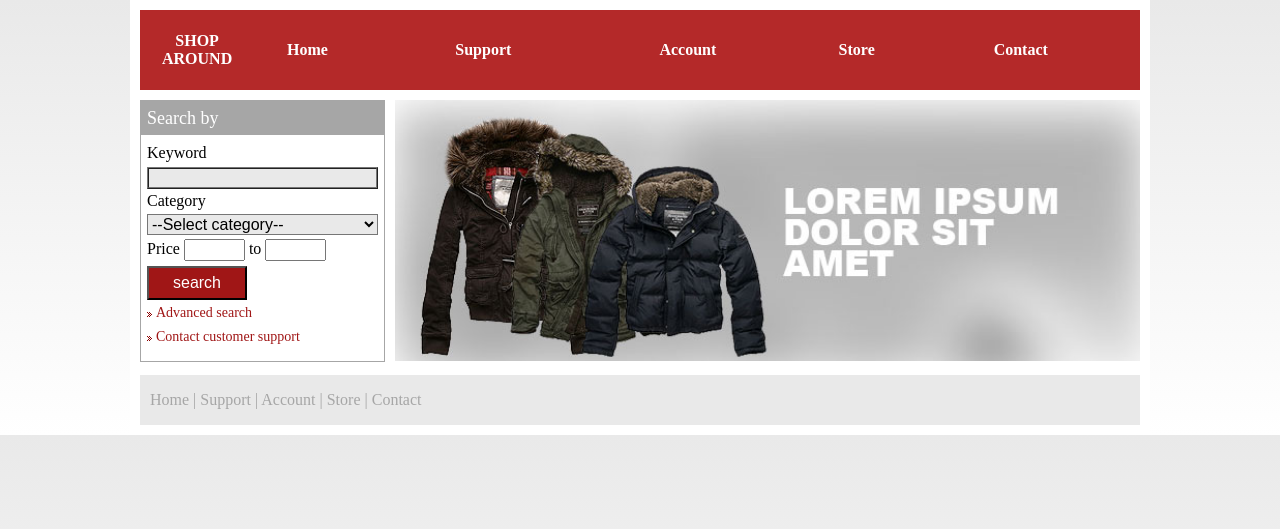
Repository: Helianthusss/Learn-CPP
Page: HTML/Thuc-hanh-1/Bai-1/index.html
The author's editor kept a copy of each file at every save. The page is drawn from the files as they stood at one save, then again after the next save.
The browser window is 1280 px wide. The pictures show the whole page.

Above is the page before, as saved 2021-11-10 07:49:12.

After the next save:
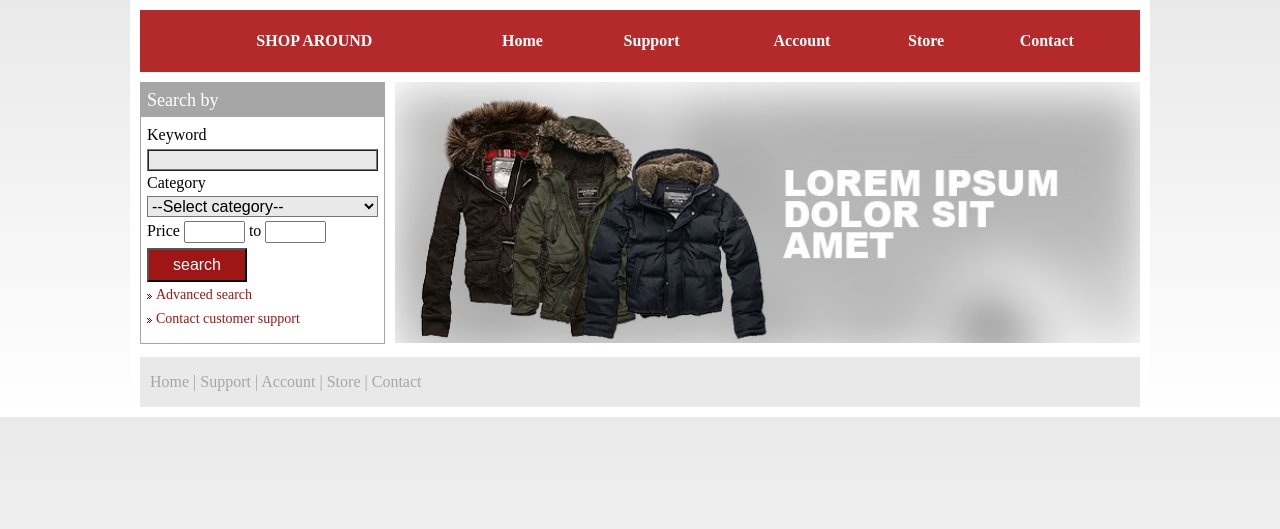
Saved 59 s later.
--- a/HTML/Thuc-hanh-1/Bai-1/css/style.css
+++ b/HTML/Thuc-hanh-1/Bai-1/css/style.css
@@ -18,8 +18,7 @@ table {
   font-family: "Times New Roman", Times, serif;
 }
 .boundary .image {
-  width: 10px;
-  margin: auto;
+  margin-left: inherit;
 }
 /*begin header*/
 /*end header*/
